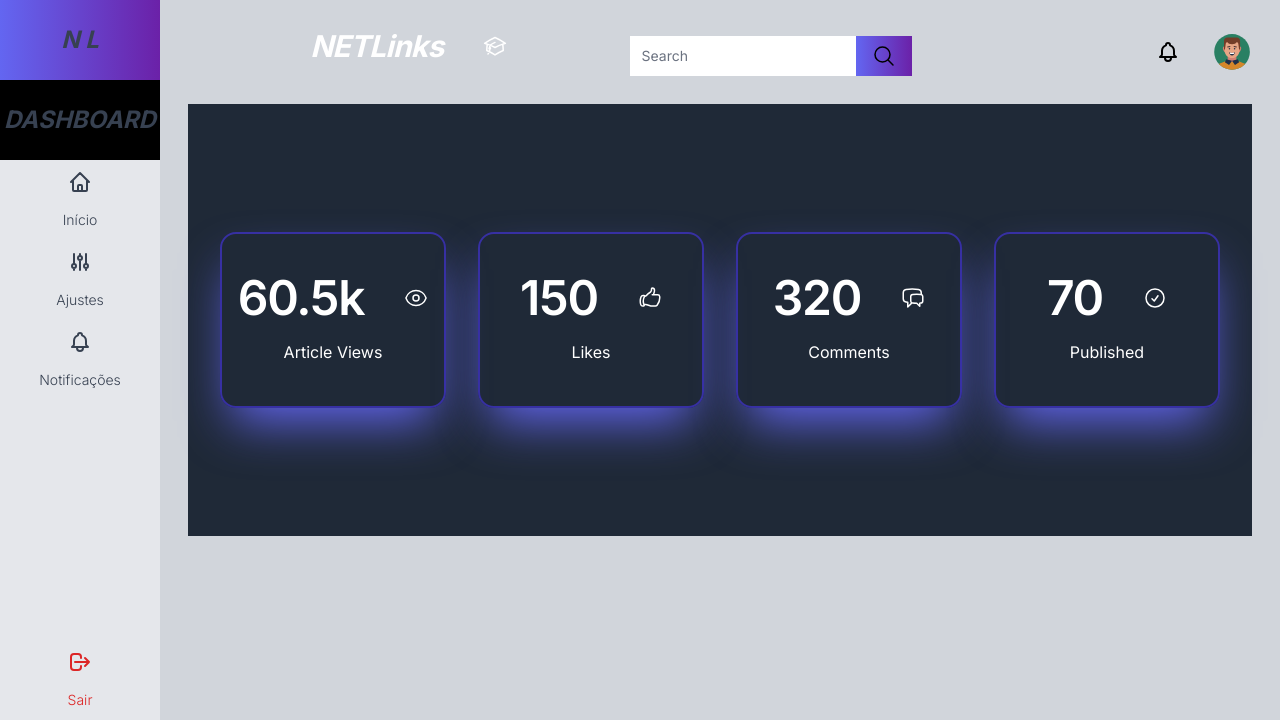
Repository: KennedyWanderson/AdminDashboard
Page: / (app in Code/admindashboard/)
The author's editor kept a copy of each file at every save. The page is drawn from the files as they stood at one save, then again after the next save.
The browser window is 1280 px wide. The pictures show the whole page.
The project was rebuilt for these pictures with package versions that can differ from the ones it lists, and the page was loaded fresh each time. The framework's server and built-in components were replaced by stand-ins that run in the browser. Also part of the build but not shown: Code/admindashboard/next.config.mjs.

Above is the page before, as saved 2024-06-26 20:09:23.

### Code/admindashboard/src/app/layout.js
import { Inter } from "next/font/google";
import "./globals.css";

const inter = Inter({ subsets: ["latin"] });

export const metadata = {
  title: "Admin Dashboard",
  description: "Generated by Kennedy Wanderson",
};

export default function RootLayout({ children }) {
  return (
    <html lang="en">
      <body className={inter.className}>{children}</body>
    </html>
  );
}

### Code/admindashboard/src/app/page.js
import Layout from "@/components/Layout";

export default function Home() {
  return (
    <Layout>
      Content
    </Layout>
  )
}

### Code/admindashboard/src/components/Layout.jsx
"use client";

import { useState } from "react";
import Content from "./Content";
import Header from "./Header";
import LateralMenu from "./LateralMenu";
import HomePage from "./Home";


export default function Layout() {
    const [activeComponent, setActiveComponent] = useState("HomePage");

    const renderActiveComponent = () => {
        switch (activeComponent) {
            case "HomePage":
                return <HomePage />;
            default:
                return <HomePage />;
        }
    };

    return (
        <div className={`flex h-screen w-screen`}>
            <LateralMenu setActiveComponent={setActiveComponent} />
            <div className={`
                flex flex-col w-full p-7
                bg-gray-300 dark:bg-gray-800
            `}>
                <Header />
                <Content>
                    {renderActiveComponent()}
                </Content>
            </div>
        </div>
    );
}

### Code/admindashboard/src/components/Content.jsx
export default function Content({ children }) {
    return (
        <div className={`
            flex flex-col mt-7
            dark:text-gray-200
        `}>
            {children}
        </div>
    );
}

### Code/admindashboard/src/components/Header.jsx
import AvatarUsuario from "./UserAvatar";
import { IconeAcademic, IconeSearch, IconeSino } from "./icons";

export default function Header({ titulo, subtitulo }) {


    return (
        <div className={`flex`}>
            <div>
                <h1 className={`
                font-black text-3xl
                text-gray-900 dark:text-gray-100
            `}>
                    {titulo}
                </h1>
                <h2 className={`
                font-light text-sm
                dark:text-gray-300
            `}>
                    {subtitulo}
                </h2>
            </div>
            <header className="flex flex-grow justify-center text-white">
                <nav className=" justify-center" aria-label="Global">
                    <div className="hidden lg:flex lg:gap-x-12">
                        <a href="#" className="order-first text-xl font-bold flex items-center gap-10 italic tracking-tight text-white sm:text-3xl">NETLinks {IconeAcademic}</a>
                    </div>
                </nav>
            </header>

                <div className="relative mt-2 ">
                    <div className=" absolute inset-y-0 left-0 flex items-center pl-3">
                        <span className="text-gray-500 sm:text-sm">Search </span>
                    </div>
                    <input
                        type="text"
                        name="search"
                        id="search"
                        className="w-full rounded-none py-2 px-6"
                    >

                    </input>
                    <div className="absolute inset-y-0 px-4 right-0 flex items-center bg-gradient-to-r from-indigo-500 to-purple-800 cursor-pointer">
                        {IconeSearch}
                    </div>
                </div>


            <div className={`flex flex-grow justify-end items-center gap-8`}>

                {IconeSino}
                <AvatarUsuario />
            </div>
        </div>
    )
}

### Code/admindashboard/src/components/LateralMenu.jsx
"use client";

import MenuItem from "./ItemMenu";
import { IconeAjustes, IconeCasa, IconeSair, IconeSino } from "./icons";

export default function LateralMenu({ setActiveComponent }) {
    return (
        <aside className={`
            flex flex-col items-center
            bg-gray-200 text-gray-700
            dark:bg-gray-900
        `}>
            <div className={`
                flex flex-col items-center justify-center font-bold italic text-2xl
                bg-gradient-to-r from-indigo-500 to-purple-800
                h-20 w-40
            `}>
                N L
            </div>
            <div className="flex items-center justify-center w-full h-20 bg-black">
                <h4 className="font-bold italic text-2xl
                text-gradient-to-r from-indigo-500 to-purple-800
                ">DASHBOARD</h4>
            </div>

            <ul className="flex-grow">

                <MenuItem
                    texto="Início"
                    icone={IconeCasa}
                    onClick={() => setActiveComponent('HomePage')}
                />
                <MenuItem
                    texto="Ajustes"
                    icone={IconeAjustes}
                    onClick={() => setActiveComponent('Ajustes')}
                />
                <MenuItem
                    texto="Notificações"
                    icone={IconeSino}
                    onClick={() => setActiveComponent('Notificacoes')}
                />
            </ul>
            <ul>
                <MenuItem
                    texto="Sair"
                    icone={IconeSair}
                    className={`
                        text-red-600 dark:text-red-400
                        hover:bg-red-400 hover:text-white
                        dark:hover:text-white
                    `}
                />
            </ul>
        </aside>
    );
}

### Code/admindashboard/src/components/Home.jsx
import { IconeCheck, IconeComment, IconeEye, IconeLike } from "./icons";

export default function HomePage() {
    return (
        <div className="py-24 sm:py-32 bg-gray-800">
            <div className="mx-auto max-w-full px-6 lg:px-8">
                <dl className="grid grid-cols-1 gap-x-8 gap-y-16 text-center lg:grid-cols-4">
                    <div className="mx-auto flex items-center max-w-xs flex-col w-full border-2 rounded-2xl shadow-2xl shadow-indigo-500 p-10 border-indigo-800 gap-y-4">
                        <dt className="text-base leading-7 text-white">Article Views</dt>
                        <dd className="order-first flex items-center gap-10 text-3xl font-semibold tracking-tight text-white sm:text-5xl">60.5k {IconeEye}</dd>
                    </div>
                    <div className="mx-auto flex items-center max-w-xs flex-col w-full border-2 rounded-2xl shadow-2xl shadow-indigo-500 p-10 border-indigo-800 gap-y-4">
                        <dt className="text-base leading-7 text-white">Likes</dt>
                        <dd className="order-first text-3xl flex items-center gap-10 font-semibold tracking-tight text-white sm:text-5xl">150 {IconeLike}</dd>
                    </div>
                    <div className="mx-auto flex items-center max-w-xs flex-col w-full border-2 rounded-2xl shadow-2xl shadow-indigo-500 p-10 border-indigo-800 gap-y-4">
                        <dt className="text-base leading-7 text-white">Comments</dt>
                        <dd className="order-first text-3xl flex items-center gap-10 font-semibold tracking-tight text-white sm:text-5xl">320 {IconeComment}</dd>
                    </div>
                    <div className="mx-auto flex items-center max-w-xs flex-col w-full border-2 rounded-2xl shadow-2xl shadow-indigo-500 p-10 border-indigo-800 gap-y-4">
                        <dt className="text-base leading-7 text-white">Published</dt>
                        <dd className="order-first text-3xl flex items-center gap-10 font-semibold tracking-tight text-white sm:text-5xl">70 {IconeCheck}</dd>
                    </div>
                </dl>

                {/* <table className="table-auto w-full mt-8 text-white">
                    <thead>
                        <tr className="">
                            <th className="px-4 py-2 border">Song</th>
                            <th className="px-4 py-2 border">Artist</th>
                            <th className="px-4 py-2 border">Year</th>
                        </tr>
                    </thead>
                    <tbody>
                        <tr className="">
                            <td className="px-4 py-2 border">The Sliding Mr. Bones (Next Stop, Pottersville)</td>
                            <td className="px-4 py-2 border">Malcolm Lockyer</td>
                            <td className="px-4 py-2 border">1961</td>
                        </tr>
                        <tr className="">
                            <td className="px-4 py-2 border">Witchy Woman</td>
                            <td className="px-4 py-2 border">The Eagles</td>
                            <td className="px-4 py-2 border">1972</td>
                        </tr>
                        <tr className="">
                            <td className="px-4 py-2 border">Shining Star</td>
                            <td className="px-4 py-2 border">Earth, Wind, and Fire</td>
                            <td className="px-4 py-2 border">1975</td>
                        </tr>
                        <tr className="">
                            <td className="px-4 py-2 border">The Sliding Mr. Bones (Next Stop, Pottersville)</td>
                            <td className="px-4 py-2 border">Malcolm Lockyer</td>
                            <td className="px-4 py-2 border">1961</td>
                        </tr>
                        <tr className="">
                            <td className="px-4 py-2 border">Witchy Woman</td>
                            <td className="px-4 py-2 border">The Eagles</td>
                            <td className="px-4 py-2 border">1972</td>
                        </tr>
                        <tr className="">
                            <td className="px-4 py-2 border">Shining Star</td>
                            <td className="px-4 py-2 border">Earth, Wind, and Fire</td>
                            <td className="px-4 py-2 border">1975</td>
                        </tr>
                        <tr className="">
                            <td className="px-4 py-2 border">The Sliding Mr. Bones (Next Stop, Pottersville)</td>
                            <td className="px-4 py-2 border">Malcolm Lockyer</td>
                            <td className="px-4 py-2 border">1961</td>
                        </tr>
                        <tr className="">
                            <td className="px-4 py-2 border">Witchy Woman</td>
                            <td className="px-4 py-2 border">The Eagles</td>
                            <td className="px-4 py-2 border">1972</td>
                        </tr>
                        <tr className="">
                            <td className="px-4 py-2 border">Shining Star</td>
                            <td className="px-4 py-2 border">Earth, Wind, and Fire</td>
                            <td className="px-4 py-2 border">1975</td>
                        </tr>
                        <tr className="">
                            <td className="px-4 py-2 border">The Sliding Mr. Bones (Next Stop, Pottersville)</td>
                            <td className="px-4 py-2 border">Malcolm Lockyer</td>
                            <td className="px-4 py-2 border">1961</td>
                        </tr>
                        <tr className="">
                            <td className="px-4 py-2 border">Witchy Woman</td>
                            <td className="px-4 py-2 border">The Eagles</td>
                            <td className="px-4 py-2 border">1972</td>
                        </tr>
                        <tr className="">
                            <td className="px-4 py-2 border">Shining Star</td>
                            <td className="px-4 py-2 border">Earth, Wind, and Fire</td>
                            <td className="px-4 py-2 border">1975</td>
                        </tr>
                        <tr className="">
                            <td className="px-4 py-2 border">The Sliding Mr. Bones (Next Stop, Pottersville)</td>
                            <td className="px-4 py-2 border">Malcolm Lockyer</td>
                            <td className="px-4 py-2 border">1961</td>
                        </tr>
                        <tr className="">
                            <td className="px-4 py-2 border">Witchy Woman</td>
                            <td className="px-4 py-2 border">The Eagles</td>
                            <td className="px-4 py-2 border">1972</td>
                        </tr>
                        <tr className="">
                            <td className="px-4 py-2 border">Shining Star</td>
                            <td className="px-4 py-2 border">Earth, Wind, and Fire</td>
                            <td className="px-4 py-2 border">1975</td>
                        </tr>

                    </tbody>
                </table> */}
            </div>
        </div>
    )
}

### Code/admindashboard/src/components/UserAvatar.jsx


export default function AvatarUsuario({className}) {
    return (
            <img
                src={'/images/avatar.svg'}
                alt="Avatar do Usuário"
                className={`
                    h-10 w-10 rounded-full cursor-pointer
                    ${className}
                `}
            />

    )
}

### Code/admindashboard/src/components/icons/index.jsx
// Pra mais icones acessar... https://heroicons.com/

export const IconeSearch = (
    <svg xmlns="http://www.w3.org/2000/svg" fill="none" viewBox="0 0 24 24" strokeWidth={1.5} stroke="currentColor" className="size-6">
        <path strokeLinecap="round" strokeLinejoin="round" d="m21 21-5.197-5.197m0 0A7.5 7.5 0 1 0 5.196 5.196a7.5 7.5 0 0 0 10.607 10.607Z" />
    </svg>
)

export const IconeAcademic = (
    <svg xmlns="http://www.w3.org/2000/svg" fill="none" viewBox="0 0 24 24" strokeWidth={1.5} stroke="currentColor" className="size-6">
        <path strokeLinecap="round" strokeLinejoin="round" d="M4.26 10.147a60.438 60.438 0 0 0-.491 6.347A48.62 48.62 0 0 1 12 20.904a48.62 48.62 0 0 1 8.232-4.41 60.46 60.46 0 0 0-.491-6.347m-15.482 0a50.636 50.636 0 0 0-2.658-.813A59.906 59.906 0 0 1 12 3.493a59.903 59.903 0 0 1 10.399 5.84c-.896.248-1.783.52-2.658.814m-15.482 0A50.717 50.717 0 0 1 12 13.489a50.702 50.702 0 0 1 7.74-3.342M6.75 15a.75.75 0 1 0 0-1.5.75.75 0 0 0 0 1.5Zm0 0v-3.675A55.378 55.378 0 0 1 12 8.443m-7.007 11.55A5.981 5.981 0 0 0 6.75 15.75v-1.5" />
    </svg>

)

export const IconeComment = (
    <svg xmlns="http://www.w3.org/2000/svg" fill="none" viewBox="0 0 24 24" strokeWidth={1.5} stroke="currentColor" className="size-6">
        <path strokeLinecap="round" strokeLinejoin="round" d="M20.25 8.511c.884.284 1.5 1.128 1.5 2.097v4.286c0 1.136-.847 2.1-1.98 2.193-.34.027-.68.052-1.02.072v3.091l-3-3c-1.354 0-2.694-.055-4.02-.163a2.115 2.115 0 0 1-.825-.242m9.345-8.334a2.126 2.126 0 0 0-.476-.095 48.64 48.64 0 0 0-8.048 0c-1.131.094-1.976 1.057-1.976 2.192v4.286c0 .837.46 1.58 1.155 1.951m9.345-8.334V6.637c0-1.621-1.152-3.026-2.76-3.235A48.455 48.455 0 0 0 11.25 3c-2.115 0-4.198.137-6.24.402-1.608.209-2.76 1.614-2.76 3.235v6.226c0 1.621 1.152 3.026 2.76 3.235.577.075 1.157.14 1.74.194V21l4.155-4.155" />
    </svg>

)

export const IconeCheck = (
    <svg xmlns="http://www.w3.org/2000/svg" fill="none" viewBox="0 0 24 24" strokeWidth={1.5} stroke="currentColor" className="size-6">
        <path strokeLinecap="round" strokeLinejoin="round" d="M9 12.75 11.25 15 15 9.75M21 12a9 9 0 1 1-18 0 9 9 0 0 1 18 0Z" />
    </svg>


)

export const IconeLike = (
    <svg xmlns="http://www.w3.org/2000/svg" fill="none" viewBox="0 0 24 24" strokeWidth={1.5} stroke="currentColor" className="size-6">
        <path strokeLinecap="round" strokeLinejoin="round" d="M6.633 10.25c.806 0 1.533-.446 2.031-1.08a9.041 9.041 0 0 1 2.861-2.4c.723-.384 1.35-.956 1.653-1.715a4.498 4.498 0 0 0 .322-1.672V2.75a.75.75 0 0 1 .75-.75 2.25 2.25 0 0 1 2.25 2.25c0 1.152-.26 2.243-.723 3.218-.266.558.107 1.282.725 1.282m0 0h3.126c1.026 0 1.945.694 2.054 1.715.045.422.068.85.068 1.285a11.95 11.95 0 0 1-2.649 7.521c-.388.482-.987.729-1.605.729H13.48c-.483 0-.964-.078-1.423-.23l-3.114-1.04a4.501 4.501 0 0 0-1.423-.23H5.904m10.598-9.75H14.25M5.904 18.5c.083.205.173.405.27.602.197.4-.078.898-.523.898h-.908c-.889 0-1.713-.518-1.972-1.368a12 12 0 0 1-.521-3.507c0-1.553.295-3.036.831-4.398C3.387 9.953 4.167 9.5 5 9.5h1.053c.472 0 .745.556.5.96a8.958 8.958 0 0 0-1.302 4.665c0 1.194.232 2.333.654 3.375Z" />
    </svg>

)

export const IconeEye = (
    <svg xmlns="http://www.w3.org/2000/svg" fill="none" viewBox="0 0 24 24" strokeWidth={1.5} stroke="currentColor" className="size-6">
        <path strokeLinecap="round" strokeLinejoin="round" d="M2.036 12.322a1.012 1.012 0 0 1 0-.639C3.423 7.51 7.36 4.5 12 4.5c4.638 0 8.573 3.007 9.963 7.178.07.207.07.431 0 .639C20.577 16.49 16.64 19.5 12 19.5c-4.638 0-8.573-3.007-9.963-7.178Z" />
        <path strokeLinecap="round" strokeLinejoin="round" d="M15 12a3 3 0 1 1-6 0 3 3 0 0 1 6 0Z" />
    </svg>
)

export const IconeCasa = (
    <svg xmlns="http://www.w3.org/2000/svg" className="h-6 w-6" fill="none" viewBox="0 0 24 24" stroke="currentColor">
        <path strokeLinecap="round" strokeLinejoin="round" strokeWidth={2} d="M3 12l2-2m0 0l7-7 7 7M5 10v10a1 1 0 001 1h3m10-11l2 2m-2-2v10a1 1 0 01-1 1h-3m-6 0a1 1 0 001-1v-4a1 1 0 011-1h2a1 1 0 011 1v4a1 1 0 001 1m-6 0h6" />
    </svg>
)

export const IconeAjustes = (
    <svg xmlns="http://www.w3.org/2000/svg" className="h-6 w-6" fill="none" viewBox="0 0 24 24" stroke="currentColor">
        <path strokeLinecap="round" strokeLinejoin="round" strokeWidth={2} d="M12 6V4m0 2a2 2 0 100 4m0-4a2 2 0 110 4m-6 8a2 2 0 100-4m0 4a2 2 0 110-4m0 4v2m0-6V4m6 6v10m6-2a2 2 0 100-4m0 4a2 2 0 110-4m0 4v2m0-6V4" />
    </svg>
)

export const IconeSino = (
    <svg xmlns="http://www.w3.org/2000/svg" className="h-6 w-6" fill="none" viewBox="0 0 24 24" stroke="currentColor">
        <path strokeLinecap="round" strokeLinejoin="round" strokeWidth={2} d="M15 17h5l-1.405-1.405A2.032 2.032 0 0118 14.158V11a6.002 6.002 0 00-4-5.659V5a2 2 0 10-4 0v.341C7.67 6.165 6 8.388 6 11v3.159c0 .538-.214 1.055-.595 1.436L4 17h5m6 0v1a3 3 0 11-6 0v-1m6 0H9" />
    </svg>
)

export const IconeSair = (
    <svg xmlns="http://www.w3.org/2000/svg" className="h-6 w-6" fill="none" viewBox="0 0 24 24" stroke="currentColor">
        <path strokeLinecap="round" strokeLinejoin="round" strokeWidth={2} d="M17 16l4-4m0 0l-4-4m4 4H7m6 4v1a3 3 0 01-3 3H6a3 3 0 01-3-3V7a3 3 0 013-3h4a3 3 0 013 3v1" />
    </svg>
)

export const IconeSol = (tamanho = 6) => (
    <svg xmlns="http://www.w3.org/2000/svg" className={`h-${tamanho} w-${tamanho}`} fill="none" viewBox="0 0 24 24" stroke="currentColor">
        <path strokeLinecap="round" strokeLinejoin="round" strokeWidth={2} d="M12 3v1m0 16v1m9-9h-1M4 12H3m15.364 6.364l-.707-.707M6.343 6.343l-.707-.707m12.728 0l-.707.707M6.343 17.657l-.707.707M16 12a4 4 0 11-8 0 4 4 0 018 0z" />
    </svg>
)

export const IconeLua = (tamanho = 6) => (
    <svg xmlns="http://www.w3.org/2000/svg" className={`h-${tamanho} w-${tamanho}`} fill="none" viewBox="0 0 24 24" stroke="currentColor">
        <path strokeLinecap="round" strokeLinejoin="round" strokeWidth={2} d="M20.354 15.354A9 9 0 018.646 3.646 9.003 9.003 0 0012 21a9.003 9.003 0 008.354-5.646z" />
    </svg>
)

export const IconeAtencao = (tamanho = 1) => (
    <svg xmlns="http://www.w3.org/2000/svg" className={`h-${tamanho} w-${tamanho}`} fill="none" viewBox="0 0 24 24" stroke="currentColor">
        <path strokeLinecap="round" strokeLinejoin="round" strokeWidth={2} d="M12 9v2m0 4h.01m-6.938 4h13.856c1.54 0 2.502-1.667 1.732-3L13.732 4c-.77-1.333-2.694-1.333-3.464 0L3.34 16c-.77 1.333.192 3 1.732 3z" />
    </svg>
)

### Code/admindashboard/src/components/ItemMenu.jsx

export default function MenuItem({ texto, icone, url, className, onClick }) {
    function renderizarLink() {
        return (
            <div className={`
                flex flex-col justify-center items-center
                h-20 w-auto gap-4
                dark:text-gray-200
                ${className}
            `}>
                {icone}
                <span className="text-sm font-light">
                    {texto}
                </span>
            </div>
        );
    }

    return (
        <li
            onClick={onClick}
            className={`
                hover:bg-gray-100 dark:hover:bg-gray-800
                cursor-pointer
            `}
        >
            {url ? (
                <a href={url}>
                    {renderizarLink()}
                </a>
            ) : (
                renderizarLink()
            )}
        </li>
    );
}

Loaded but not shown: Code/admindashboard/src/app/globals.css (common file); Code/admindashboard/tailwind.config.js (common file)

After the next save:
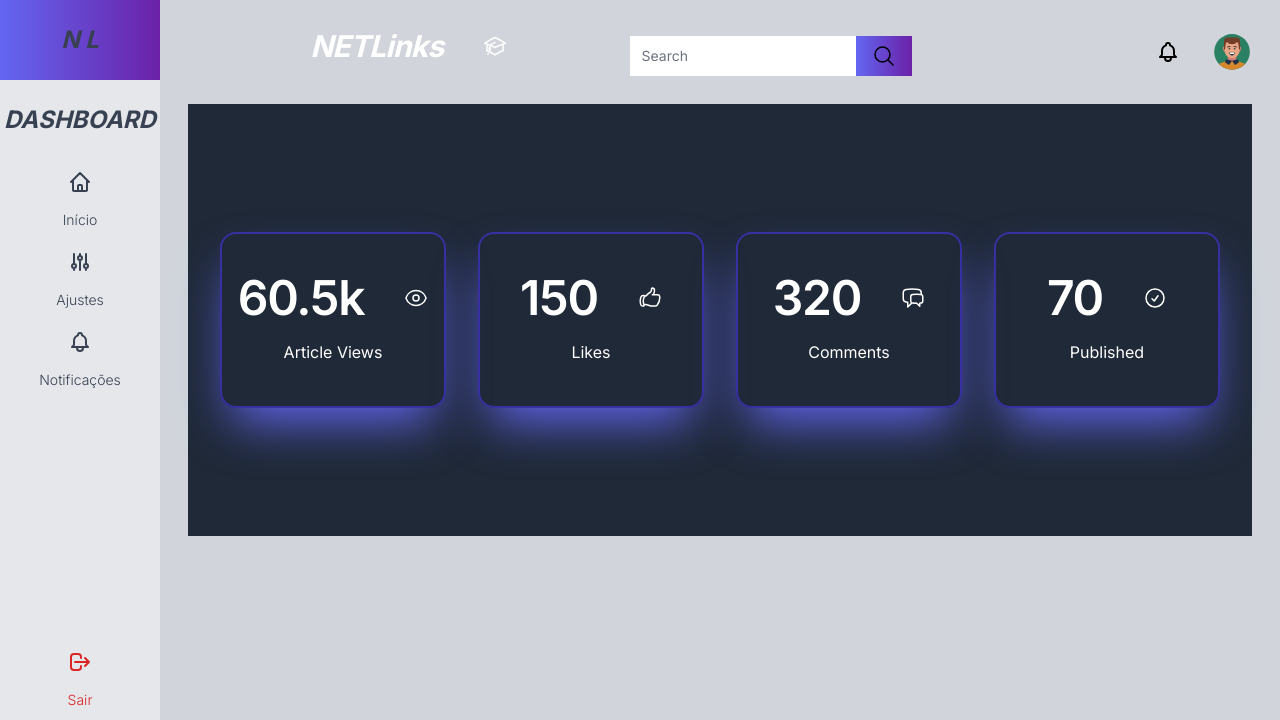
Saved 10 s later.
--- a/Code/admindashboard/src/components/LateralMenu.jsx
+++ b/Code/admindashboard/src/components/LateralMenu.jsx
@@ -17,7 +17,7 @@ export default function LateralMenu({ setActiveComponent }) {
             `}>
                 N L
             </div>
-            <div className="flex items-center justify-center w-full h-20 bg-black">
+            <div className="flex items-center justify-center w-full h-20 bg-">
                 <h4 className="font-bold italic text-2xl
                 text-gradient-to-r from-indigo-500 to-purple-800
                 ">DASHBOARD</h4>
